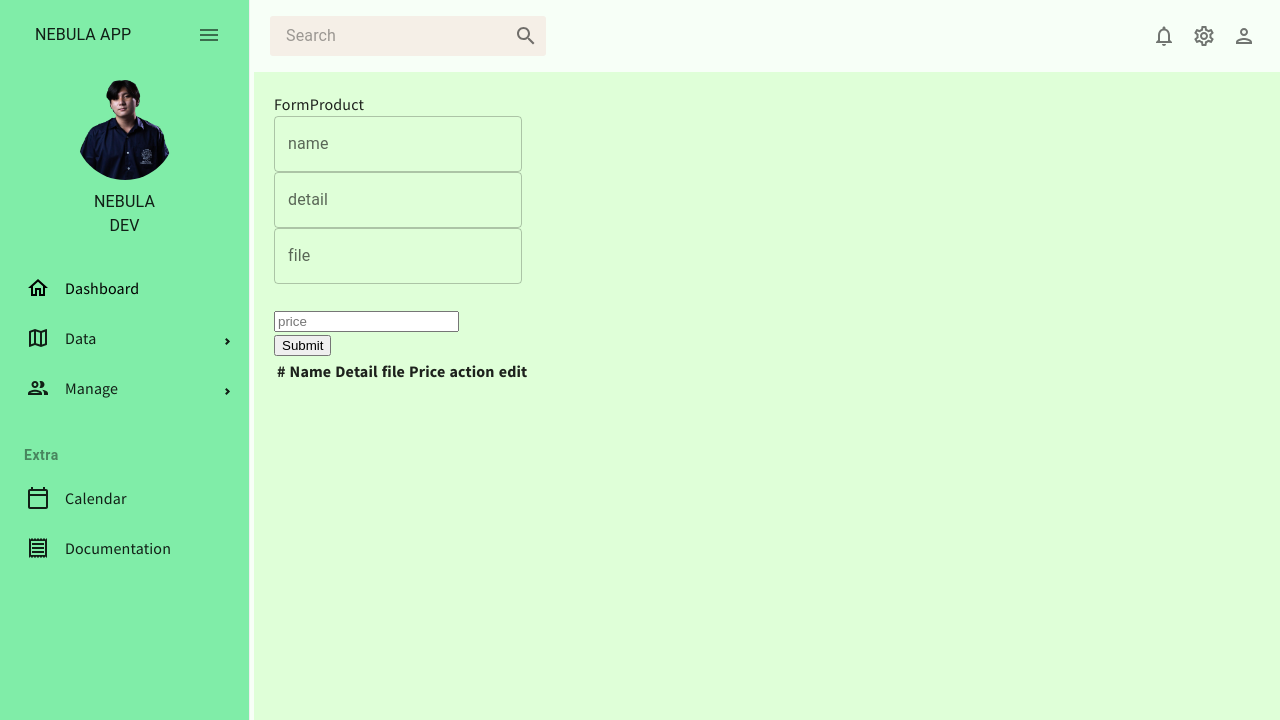
Repository: supakorn5039-boon/MERN
Page: /admin/viewtable (app in client/)
The author's editor kept a copy of each file at every save. The page is drawn from the files as they stood at one save, then again after the next save.
The browser window is 1280 px wide. The pictures show the whole page.
The page's requests for data from a server got no answer. The project was rebuilt for these pictures with package versions that can differ from the ones it lists, and the page was loaded fresh each time. No one was signed in, and anything a server would have sent is missing. Also part of the build but not shown: client/src/App.css, client/src/components/FormEditProducts.jsx.

Above is the page before, as saved 2023-11-01 14:06:55.

After the next save:
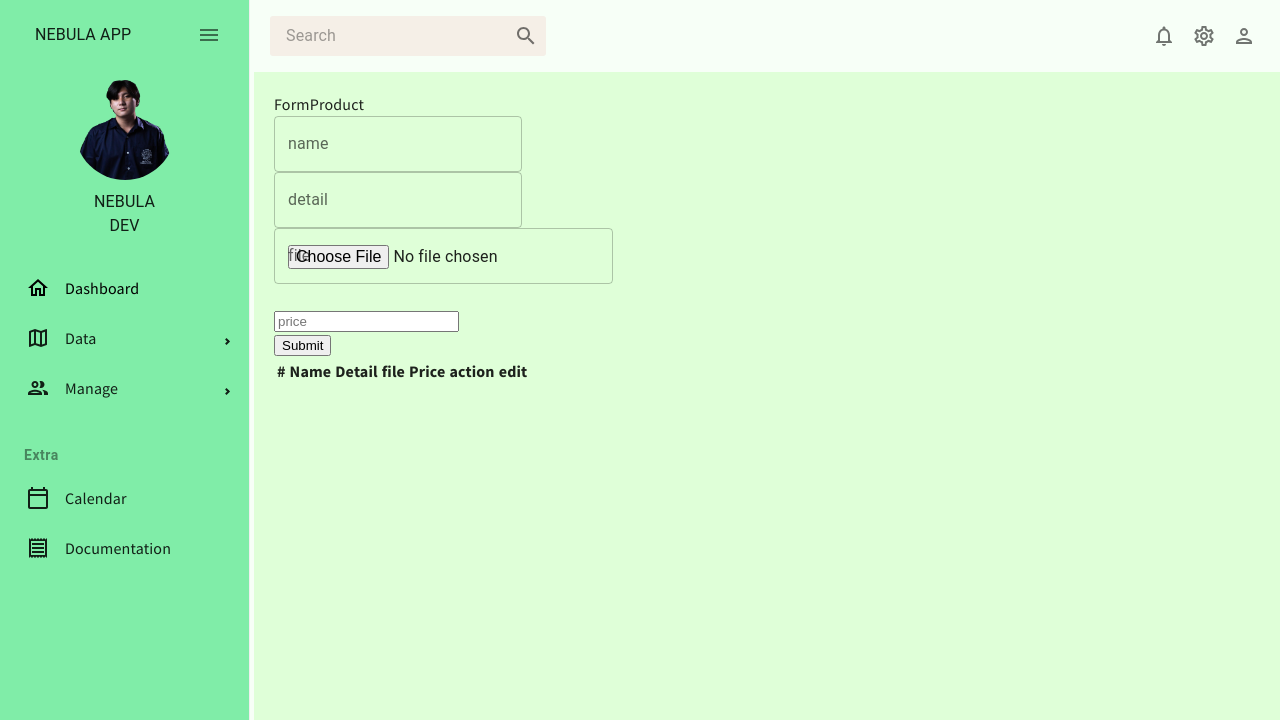
Saved 5 s later.
--- a/client/src/components/FormProduct.js
+++ b/client/src/components/FormProduct.js
@@ -87,6 +87,7 @@ const FormProduct = () => {
 
         <div>
           <TextField
+            type="file"
             id="outlined-basic"
             label="file"
             name="file"
